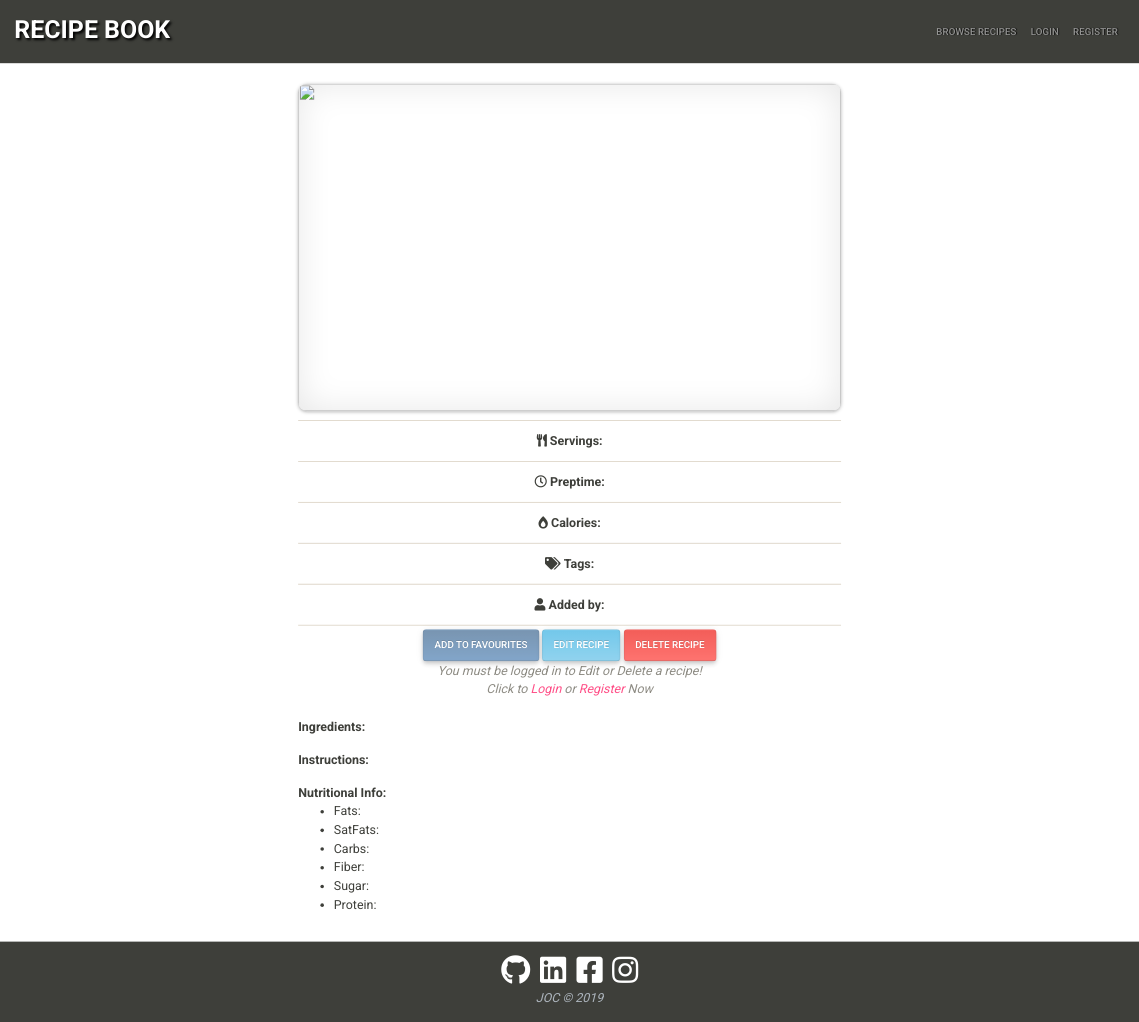
Repository: johnnycistudent/recipe-app
Page: templates/recipe_display.html
The author's editor kept a record of every edit. The page is drawn from the files as they stood at one moment, then again after the next edit.
The browser window is 1280 px wide. The pictures show the whole page, at 89% of full size.
Some web libraries are served in a nearby version. The page is served by the project's application, run on Flask 3 (app.py). The template is opened directly, without the code that normally fills it, so the values that code supplies are empty.

Above is the page before.

### templates/recipe_display.html
{% extends 'base.html' %} {% block content %}

<div class="container-fluid">

    <!-- RECIPE DISPLAY -->
    <div class="row">
        <div class="recipe col-md-6 offset-md-3">

            <!-- Recipe Name -->
            <h2 class="text-center">{{recipe.recipe_name|title}}</h2>

            <!-- If no photo link is available, a stock photo is used instead -->
            {% if recipe.photo_url == "" %}
            <img src="/static/images/backup.jpg" class="card-img-display" alt="{{recipe.recipe_name}}">

            {% else %}

            <!-- Recipe Image Display -->
            <img src="{{recipe.photo_url}}" class="card-img-display" alt="{{recipe.recipe_name}}">
            {% endif %}

            <!-- Recipe Stats -->
            <ul class="list-group list-group-flush text-center">
                <li class="list-group-item"><i class="fas fa-utensils"></i><strong> Servings:</strong><span class="recipe-stats"> {{recipe.servings}} </span></li>
                <li class="list-group-item"><i class="far fa-clock"></i><strong> Preptime:</strong><span class="recipe-stats"> {{recipe.preptime}}</span></li>
                <li class="list-group-item"><i class="fas fa-burn"></i><strong> Calories:</strong><span class="recipe-stats"> {{recipe.calories}}</span></li>

                <!-- Recipe Tags -->
                <li class="list-group-item"><i class="fas fa-tags"></i>
                    <strong>Tags:</strong>
                    {% for tag in recipe.tags %}
                    <span class="recipe-stats"> #{{ tag|title }}</span>
                    {% endfor %}
                </li>

                <!-- Recipe Author -->
                <li class="list-group-item">
                    <i class="fas fa-user"></i><strong> Added by:</strong>
                    <span class="recipe-stats">

                        <!-- Link to Recipe Author's Page of Recipes -->
                        <a class="here-link" href="{{url_for('profile', user=recipe.author.username) }}">{{ recipe.author.username|title }}</a>
                    </span>
                </li>
            </ul>

            <div class="recipe-buttons text-center">

                <!-- If the User is logged in, the below buttons are available to them -->
                {% if session.user %}

                <!-- Add to Favourites Button -->
                <a role="button" class="btn btn-main" href="{{url_for('add_to_favourites', recipe_id=recipe._id)}}">Add to Favourites</a>

                <!-- Edit Recipe Button -->
                <a role="button" class="btn btn-details" href="{{url_for('edit_recipe', recipe_id=recipe._id)}}">Edit Recipe</a>

                <!-- Delete Recipe Button (launches Delete Recipe Modal) -->
                <button type="button" class="btn btn-delete" data-toggle="modal" data-target="#deletemodal">Delete Recipe</button>
                {% else %}

                <!-- Otherwise the buttons are disabled -->
                <a role="button" class="btn btn-main disabled" href="#">Add to Favourites</a>
                <a role="button" class="btn btn-details disabled" href="#">Edit Recipe</a>
                <a role="button" class="btn btn-delete disabled" href="#">Delete Recipe</a>
                <p class="text-muted">
                    <em>You must be logged in to Edit or Delete a recipe!
                        <!-- Links to Login or Register -->
                        <br>Click to <a class="here-link" href="{{url_for('login')}}">Login</a> or <a class="here-link" href="{{url_for('register')}}">Register</a> Now
                    </em>
                </p>
                {% endif %}
            </div>

            <!-- Recipe Ingredients -->
            <div class="recipe-heading">
                <strong>Ingredients:</strong>
                <ul>
                    {% for ingredient in recipe.ingredients %}
                    <li class="ingredients">{{ingredient}}</li>
                    {% endfor %}
                </ul>
            </div>

            <!-- Recipe Instructions -->
            <div class="recipe-heading">
                <strong>Instructions:</strong>
                <ul>
                    <li class="instructions">{{recipe.instructions}}</li>
                </ul>
            </div>

            <!-- Recipe Nutrional Info -->
            <div class="recipe-heading">
                <strong>Nutritional Info:</strong>
                <ul class="nutritional-info">
                    <li>
                        Fats: {{ recipe.fat }}
                    </li>
                    <li>
                        SatFats: {{ recipe.satfat }}
                    </li>
                    <li>
                        Carbs: {{ recipe.carbs }}
                    </li>
                    <li>
                        Fiber: {{ recipe.fiber }}
                    </li>
                    <li>
                        Sugar: {{ recipe.sugar }}
                    </li>
                    <li>
                        Protein: {{ recipe.protein }}
                    </li>
                </ul>
            </div>
        </div>
    </div>

    <!-- RECIPE DISPLAY -->


    <!-- DELETE RECIPE MODAL -->
    <div class="modal fade" id="deletemodal" tabindex="-1" role="dialog" aria-labelledby="deleterecipe" aria-hidden="true">
        <div class="modal-dialog " role="document">
            <div class="modal-content">
                <div class="modal-header">
                    <h4 class="modal-title text-center ">Delete Recipe</h4>

                    <!-- Close Modal Button -->
                    <button type="button" class="close" data-dismiss="modal" aria-label="Close">
                    <span aria-hidden="true">&times;</span>
                    </button>
                </div>
                <div class="modal-body">
                    <!--  Delete Recipe Warning amble -->
                    <p class="delete-warning"><span style="color:#f4150f"><i class="fas fa-exclamation-circle"></i><strong> WARNING</strong>:</span> Deleting this recipe will permanently remove it from the website for all users.
                    <br>Are you sure you want to permamently delete this recipe?</p>
                </div>
                <div class="delete-buttons text-center">

                    <!-- Cancel Delete Button -->
                    <button type="button" class="btn btn-details" data-dismiss="modal">No, Go Back</button>

                    <!-- Confirm Delete Recipe Button -->
                    <a role="button" href="{{url_for('delete_recipe', recipe_id=recipe._id)}}" class="btn btn-delete">Yes, Delete</a>
                </div>
            </div>
        </div>
    </div>
    <!-- /DELETE RECIPE MODAL -->

</div>

{% endblock %}

### templates/base.html
<html>

<head>
    <!-- Required meta tags -->
    <meta charset="utf-8">
    <meta name="viewport" content="width=device-width, initial-scale=1, shrink-to-fit=no">

    <!--Font Awesome 5.7.2 CDN Link-->
    <link rel="stylesheet" href="https://use.fontawesome.com/releases/v5.8.1/css/all.css" integrity="sha384-50oBUHEmvpQ+1lW4y57PTFmhCaXp0ML5d60M1M7uH2+nqUivzIebhndOJK28anvf" crossorigin="anonymous">
    <!--Bootstrap 4.1.3 CSS CDN Link-->
    <link rel="stylesheet" href="https://stackpath.bootstrapcdn.com/bootstrap/4.3.1/css/bootstrap.min.css" integrity="sha384-ggOyR0iXCbMQv3Xipma34MD+dH/1fQ784/j6cY/iJTQUOhcWr7x9JvoRxT2MZw1T" crossorigin="anonymous">
    <!-- Google Fonts Link -->
    <link href="https://fonts.googleapis.com/css?family=Open+Sans:400,400i,700|Roboto+Slab" rel="stylesheet">
    <!-- Stylesheets -->
    <!--Bootswatch Sandstone Link -->
    <link rel="stylesheet" href="{{url_for('static', filename='css/bootstrap.min.css')}}" type="text/css" />
    <!--My Css Link-->
    <link rel="stylesheet" href="{{url_for('static', filename='css/style.css')}}" type="text/css" />
    <!----------Favicon Link------->
    <link rel="shortcut icon" href="{{url_for('static', filename='images/cookbook.png')}}" type="image/x-icon" />
    <title>Recipe Book</title>
</head>

<body>

    <!--- NAVBAR from Bootstrap/Bootswatch  --->
    <nav class="navbar navbar-expand-lg navbar-dark bg-primary">

        <!--- Brand Name  --->
        <a class="navbar-brand" href="{{url_for('get_recipes')}}">RECIPE BOOK</a>
        <button class="navbar-toggler" type="button" data-toggle="collapse" data-target="#navbarNavDropdown" aria-controls="navbarNavDropdown" aria-expanded="false" aria-label="Toggle navigation">
        <span class="navbar-toggler-icon"></span>
        </button>
        <div class="collapse navbar-collapse ml-auto" id="navbarNavDropdown">
            <ul class="navbar-nav ml-auto active">

                <!--- Browse Recipes Link  --->
                <li class="nav-item">
                    <a class="nav-link" href="{{url_for('get_recipes')}}">Browse Recipes</a>
                </li>

                <!--- If the User is signed in, they will see the below navbar links  --->
                {% if session.user %}

                <!--- User Recipes Link  --->
                <li class="nav-item">
                    <a class="nav-link" href="{{url_for('profile', user=session.user)}}">My Recipes</a>
                </li>

                <!--- User Favourite Recipes Link  --->
                <li class="nav-item">
                    <a class="nav-link" href="{{url_for('my_favourites', user=session.user)}}">My Favourites</a>
                </li>

                <!--- Add a New Recipe Link  --->
                <li class="nav-item">
                    <a class="nav-link" href="{{url_for('add_recipe')}}">Add Recipe</a>
                </li>

                <!--- If the User is the Admin(named "admin"), they will see the below navbar link  --->
                {% if session.user == "admin" %}

                <!--- Admin Reports Link  --->
                <li class="nav-item">
                    <a class="nav-link" href="{{url_for('admin')}}">Admin Area</a>
                </li>
                {% endif %}

                <!--- Log Out Link  --->
                <li class="nav-item">
                    <a class="nav-link" href="{{url_for('logout')}}">Log Out</a>
                </li>



                <!--- If the User is not signed in, they will see the below navbar links  --->

                {% else %}

                <!--- Login Link  --->
                <li class="nav-item">
                    <a class="nav-link" href="{{url_for('login')}}">Login</a>
                </li>

                <!--- Register Link  --->
                <li class="nav-item">
                    <a class="nav-link" href="{{url_for('register')}}">Register</a>
                </li>
                {% endif %}

            </ul>
        </div>
    </nav>

    <!--- /NAVBAR from Bootstrap/Bootswatch  --->


    <!--- ALERTS CONTAINER --->
    <!--- Taken and modified from Miroslav Svec's (username Miro) sessions from Slack DCD channel --->
    <div class="container-fluid">
        <div id="alerts">
            <div class="row justify-content-center ">
                <div id="messages " class="col-8 ">

                    {% with messages = get_flashed_messages() %} {% if messages %} {% for message in messages %}
                    <div class="alert alert-warning ">
                        <button type="button" class="close" data-dismiss="alert" aria-label="Close">&times;</button>
                        <p class="text-center ">{{ message }}</p>
                    </div>
                    {% endfor %} {% endif %} {% endwith %}
                </div>
            </div>
        </div>
    </div>
    <!--- /ALERTS CONTAINER --->



    {% block content %} {% endblock %}

    <!--- FOOTER --->
    <footer class="footer d-flex mt-auto">
        <div class="container-fluid text-center ">
            <div class="text-center center-block ">
                <br />
                <!--- Social Media Links --->
                <a href="https://github.com/johnnycistudent " target="_blank "><i id="social-gh " class="fab fa-github fa-3x social "></i></a>
                <a href="https://www.linkedin.com/in/john-o-connor-527904170/ " target="_blank "><i id="social-li " class="fab fa-linkedin fa-3x social "></i></a>
                <a href="https://www.facebook.com/john.oconnor.3139 " target="_blank "><i id="social-fb " class="fab fa-facebook-square fa-3x social "></i></a>
                <a href="https://www.instagram.com/johnnyoco/ " target="_blank "><i id="social-in " class="fab fa-instagram fa-3x social "></i></a>
                <!--- /Social Media Links --->
            </div>
            <div class="copyright ">
                <span style="font-style:italic ">JOC © 2019</span>
            </div>
        </div>
    </footer>
    <!--- /FOOTER --->


    <!-- SCRIPTS -->

    <script src="https://code.jquery.com/jquery-3.4.1.min.js" integrity="sha256-CSXorXvZcTkaix6Yvo6HppcZGetbYMGWSFlBw8HfCJo=" crossorigin="anonymous"></script>
    <script src="https://cdnjs.cloudflare.com/ajax/libs/popper.js/1.14.7/umd/popper.min.js" integrity="sha384-UO2eT0CpHqdSJQ6hJty5KVphtPhzWj9WO1clHTMGa3JDZwrnQq4sF86dIHNDz0W1" crossorigin="anonymous"></script>
    <script src="https://stackpath.bootstrapcdn.com/bootstrap/4.3.1/js/bootstrap.min.js" integrity="sha384-JjSmVgyd0p3pXB1rRibZUAYoIIy6OrQ6VrjIEaFf/nJGzIxFDsf4x0xIM+B07jRM" crossorigin="anonymous"></script>
    <script src="{{ url_for( 'static', filename='js/main.js' ) }}"></script>

    <!-- /SCRIPTS -->

</body>

</html>

Loaded but not shown: static/css/bootstrap.min.css (library); static/js/main.js (49 lines, source omitted); app.py (504 lines, source omitted); static/css/style.css (648 lines, source omitted)

After the next edit:
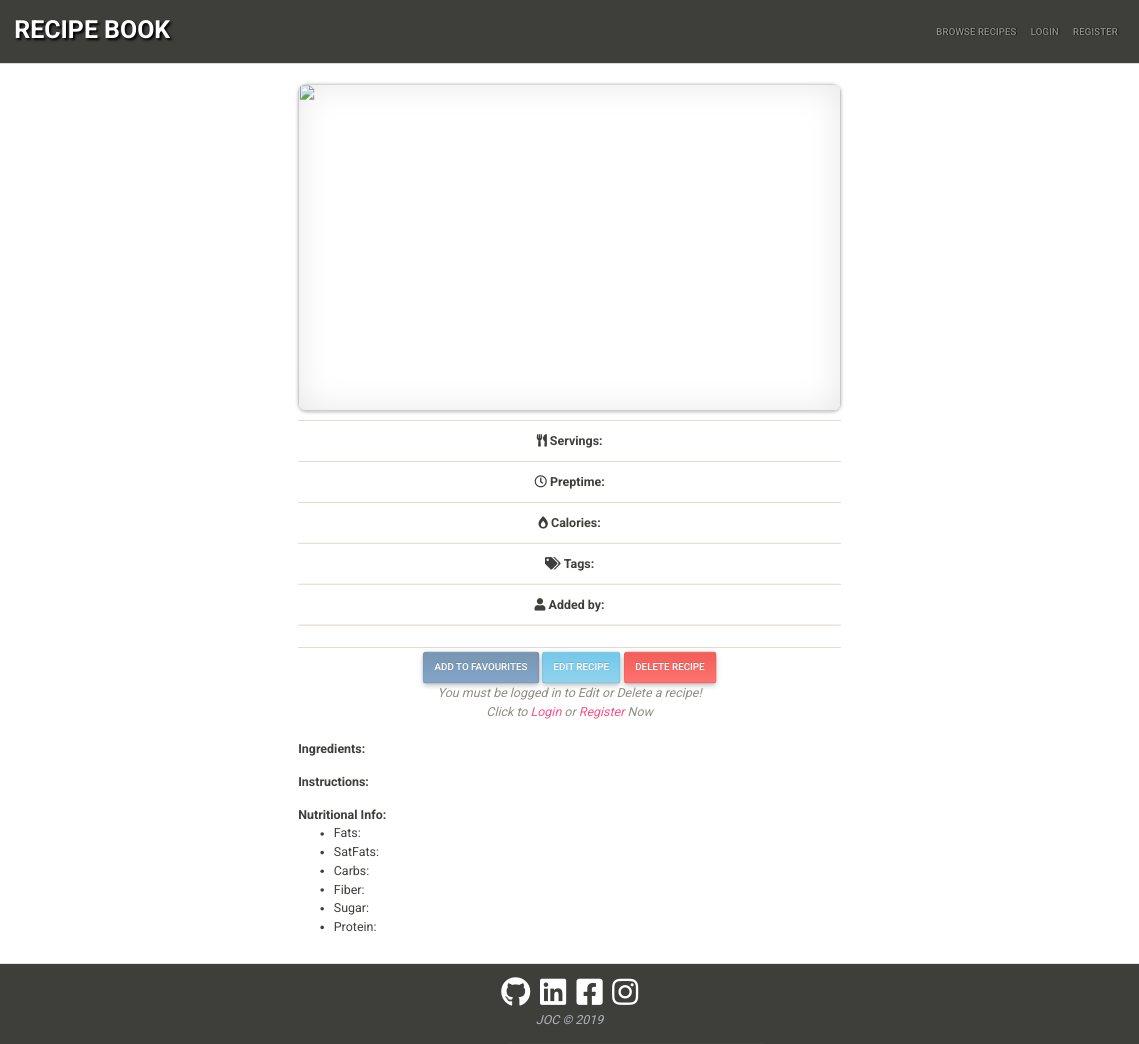
The edit:
--- a/templates/recipe_display.html
+++ b/templates/recipe_display.html
@@ -36,6 +36,13 @@
                 <!-- Recipe Author -->
                 <li class="list-group-item">
                     <i class="fas fa-user"></i><strong> Added by:</strong>
+                    <span class="recipe-stats">
+
+                        <!-- Link to Recipe Author's Page of Recipes -->
+                        <a class="here-link" href="{{url_for('profile', user=recipe.author.username) }}">{{ recipe.author.username|title }}</a>
+                    </span>
+                </li>
+                <li class="list-group-item">
                     <span class="recipe-stats">
 
                         <!-- Link to Recipe Author's Page of Recipes -->
